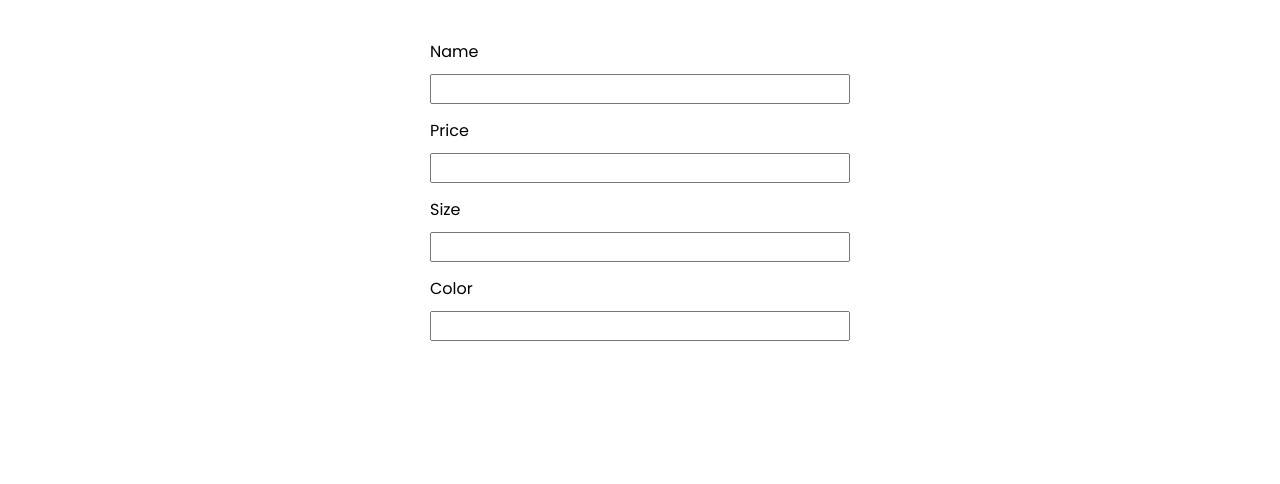
Repository: hoang0508/ReactJsHoiDanIT
Page: /
The author's editor kept a copy of each file at every save. The page is drawn from the files as they stood at one save, then again after the next save.
The browser window is 1280 px wide. The pictures show the whole page.
The project was rebuilt for these pictures with package versions that can differ from the ones it lists, and the page was loaded fresh each time.

Above is the page before, as saved 2022-02-15 09:51:15.

After the next save:
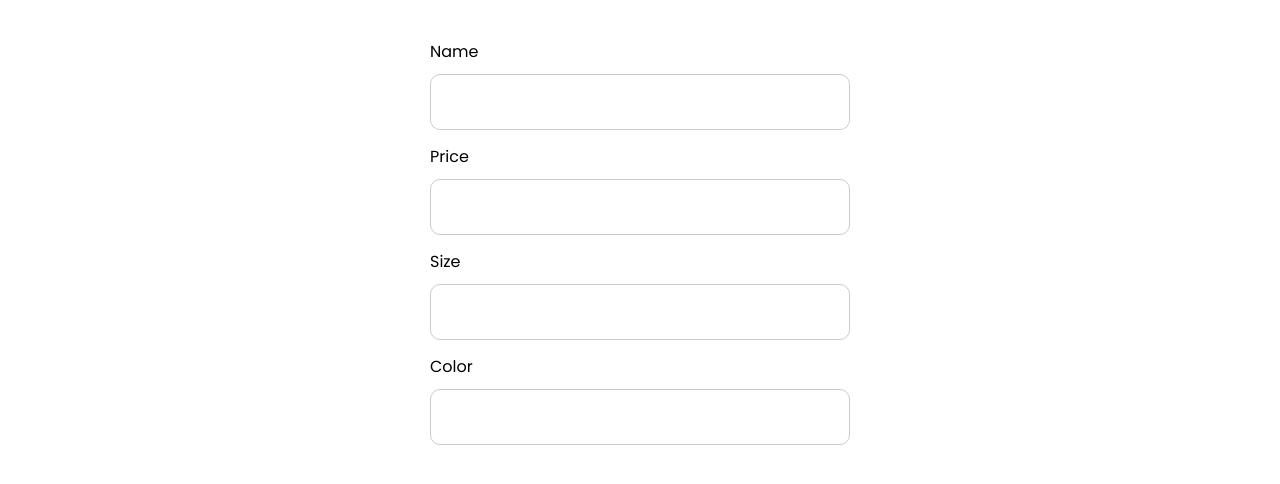
Saved 68 s later.
--- a/src/components/Form/AddNewProduct.scss
+++ b/src/components/Form/AddNewProduct.scss
@@ -9,4 +9,10 @@
     gap: 10px;
     margin-bottom: 15px;
   }
+  &-input {
+    border: 1px solid #ccc;
+    padding: 15px;
+    border-radius: 10px;
+    outline: none;
+  }
 }
